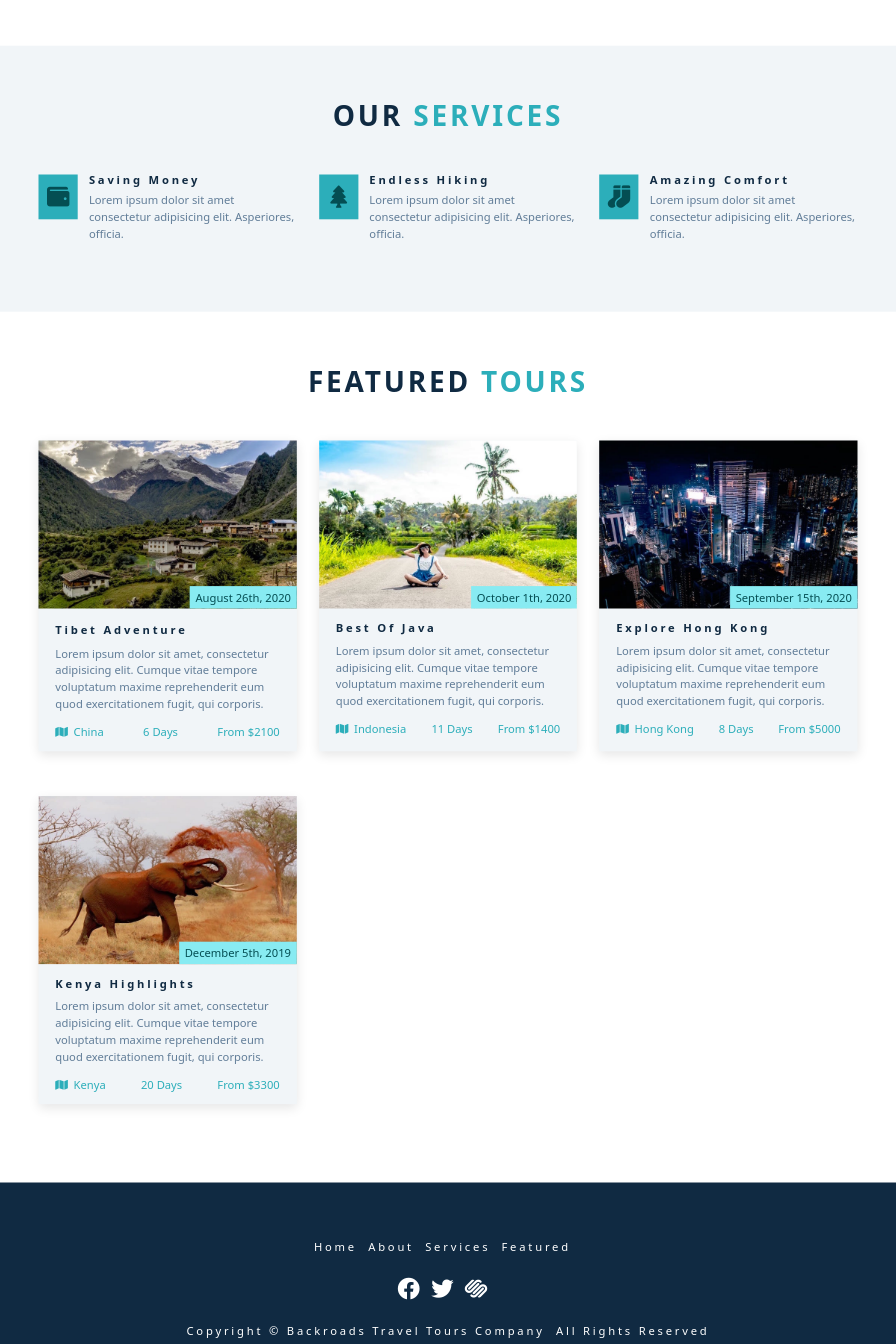
Repository: EdurdodaSilva/Ract_Basic
Page: /
An editor plug-in stored every save of this project. The page is shown before and after a run of saves, followed by the edit.
The browser window is 1280 px wide. The pictures show the part of the page from y = 1345 to 3265 px (the page is 3359 px tall before and 3507 px after), at 70% of full size.
Some web libraries are served in a nearby version. The project was rebuilt for these pictures with package versions that can differ from the ones it lists, and the page was loaded fresh each time.

Above is the page before, as saved 2024-08-29 18:19:38.

### public/index.html
<!DOCTYPE html>
<html lang="en">

<head>
  <meta charset="utf-8" />
  <link rel="icon" href="%PUBLIC_URL%/favicon.ico" />
  <meta name="viewport" content="width=device-width, initial-scale=1" />
  <meta name="theme-color" content="#000000" />
  <meta name="description" content="Web site created using create-react-app" />
  <link rel="apple-touch-icon" href="%PUBLIC_URL%/favicon.ico" />
  <!--
      manifest.json provides metadata used when your web app is installed on a
      user's mobile device or desktop. See https://developers.google.com/web/fundamentals/web-app-manifest/
    -->
  <link rel="manifest" href="%PUBLIC_URL%/manifest.json" />
  <!--
      Notice the use of %PUBLIC_URL% in the tags above.
      It will be replaced with the URL of the `public` folder during the build.
      Only files inside the `public` folder can be referenced from the HTML.

      Unlike "/favicon.ico" or "favicon.ico", "%PUBLIC_URL%/favicon.ico" will
      work correctly both with client-side routing and a non-root public URL.
      Learn how to configure a non-root public URL by running `npm run build`.
    -->
  <!-- font-awesome -->
  <link rel="stylesheet" href="https://cdnjs.cloudflare.com/ajax/libs/font-awesome/5.12.0/css/all.min.css"
    integrity="sha512-c93ifPoTvMdEJH/rKIcBx//AL1znq9+4/RmMGafI/vnTFe/dKwnn1uoeszE2zJBQTS1Ck5CqSBE+34ng2PthJg=="
    crossorigin="anonymous" referrerpolicy="no-referrer" />
  <title>BackRoads App</title>
</head>

<body>
  <noscript>You need to enable JavaScript to run this app.</noscript>
  <div id="root"></div>
  <!--
      This HTML file is a template.
      If you open it directly in the browser, you will see an empty page.

      You can add webfonts, meta tags, or analytics to this file.
      The build step will place the bundled scripts into the <body> tag.

      To begin the development, run `npm start` or `yarn start`.
      To create a production bundle, use `npm run build` or `yarn build`.
    -->
</body>

</html>

### src/index.css
/*
===============
Variables
===============
*/

:root {
    /* dark shades of primary color*/
    --clr-primary-1: hsl(184, 91%, 17%);
    --clr-primary-2: hsl(185, 84%, 25%);
    --clr-primary-3: hsl(185, 81%, 29%);
    --clr-primary-4: hsl(184, 77%, 34%);
    /* primary/main color */
    --clr-primary-5: hsl(185, 62%, 45%);
    /* lighter shades of primary color */
    --clr-primary-6: hsl(185, 57%, 50%);
    --clr-primary-7: hsl(184, 65%, 59%);
    --clr-primary-8: hsl(184, 80%, 74%);
    --clr-primary-9: hsl(185, 94%, 87%);
    --clr-primary-10: hsl(186, 100%, 94%);
    /* darkest grey - used for headings */
    --clr-grey-1: hsl(209, 61%, 16%);
    --clr-grey-2: hsl(211, 39%, 23%);
    --clr-grey-3: hsl(209, 34%, 30%);
    --clr-grey-4: hsl(209, 28%, 39%);
    /* grey used for paragraphs */
    --clr-grey-5: hsl(210, 22%, 49%);
    --clr-grey-6: hsl(209, 23%, 60%);
    --clr-grey-7: hsl(211, 27%, 70%);
    --clr-grey-8: hsl(210, 31%, 80%);
    --clr-grey-9: hsl(212, 33%, 89%);
    --clr-grey-10: hsl(210, 36%, 96%);
    --clr-white: #fff;
    --ff-primary: "Lato", sans-serif;
    --transition: all 0.3s linear;
    --spacing: 0.25rem;
    --radius: 0.5rem;
    --light-shadow: 0 5px 15px rgba(0, 0, 0, 0.1);
    --dark-shadow: 0 5px 15px rgba(0, 0, 0, 0.2);
}
/*
===============
Global Styles
===============
*/

* {
    margin: 0;
    padding: 0;
    box-sizing: border-box;
}
html {
    scroll-behavior: smooth;
}
body {
    font-family: system-ui, -apple-system, BlinkMacSystemFont, "Segoe UI",
        Roboto, Oxygen, Ubuntu, Cantarell, "Open Sans", "Helvetica Neue",
        sans-serif;
    background: var(--clr-white);
    color: var(--clr-grey-1);
    line-height: 1.5;
    font-size: 0.875rem;
}
ul {
    list-style-type: none;
}
a {
    text-decoration: none;
}
img:not(.nav-logo) {
    width: 100%;
    display: block;
}

h1,
h2,
h3,
h4 {
    letter-spacing: var(--spacing);
    text-transform: capitalize;
    line-height: 1.25;
    margin-bottom: 0.75rem;
}
h1 {
    font-size: 3rem;
}
h2 {
    font-size: 2rem;
}
h3 {
    font-size: 1.25rem;
}
h4 {
    font-size: 0.875rem;
}
p {
    margin-bottom: 1.25rem;
    color: var(--clr-grey-5);
}
@media screen and (min-width: 800px) {
    h1 {
        font-size: 4rem;
    }
    h2 {
        font-size: 2.5rem;
    }
    h3 {
        font-size: 1.75rem;
    }
    h4 {
        font-size: 1rem;
    }
    body {
        font-size: 1rem;
    }
    h1,
    h2,
    h3,
    h4 {
        line-height: 1;
    }
}
/*  global classes */

.btn {
    text-transform: uppercase;
    background: var(--clr-primary-5);
    color: var(--clr-white);
    padding: 0.375rem 0.75rem;
    letter-spacing: var(--spacing);
    display: inline-block;
    /* font-weight: 700; */
    transition: var(--transition);
    font-size: 0.875rem;
    border: 2px solid transparent;
    cursor: pointer;
    box-shadow: 0 1px 3px rgba(0, 0, 0, 0.2);
}
.btn:hover {
    color: var(--clr-primary-1);
    background: var(--clr-primary-8);
}
/* section */
.section {
    padding: 5rem 0;
    scroll-margin-top: 4rem;
}
.section-title {
    text-align: center;
    margin-bottom: 4rem;
}
.section-title h2 {
    text-transform: uppercase;
}
.section-title span {
    color: var(--clr-primary-5);
}
.section-center {
    width: 90vw;
    margin: 0 auto;
    max-width: 1170px;
}
@media screen and (min-width: 992px) {
    .section-center {
        width: 95vw;
    }
}

/*
===============
Hero
===============
*/

.hero {
    min-height: 100vh;
    background: var(--clr-primary-5);
    display: flex;
    justify-content: center;
    align-items: center;
}
.hero-banner {
    text-align: center;
    color: var(--clr-white);
    padding: 0 3rem;
}
.hero-banner h1 {
    text-transform: uppercase;
}
.hero-banner p {
    max-width: 35rem;
    margin-left: auto;
    margin-right: auto;
    color: var(--clr-white);
    letter-spacing: var(--spacing);
}
.hero-btn {
    padding: 0.9rem 1.6rem;
    font-size: 1.25rem;
    background: var(--clr-white);
    color: var(--clr-primary-5);
}
.hero-btn:hover {
    background: transparent;
    color: var(--clr-white);
    border-color: var(--clr-white);
}
@media screen and (min-width: 768px) {
    .hero {
        background: linear-gradient(rgba(44, 174, 186, 0.7), rgba(0, 0, 0, 0.7)),
            url("./images/main.jpeg") center/cover no-repeat;
    }
    .hero-banner {
        padding: 0;
    }
    .hero-banner p {
        max-width: 45rem;
    }
}
/*
===============
About
===============
*/
/* section added to globals */
/* title added to globals */
/* section center added to globals */
.about-img,
.about-info {
    margin-bottom: 2rem;
}

@media screen and (min-width: 992px) {
    .about-center {
        display: grid;
        grid-template-columns: 1fr 1fr;
        column-gap: 2rem;
    }
    .about-img,
    .about-info {
        margin-bottom: 0;
    }
}
@media screen and (min-width: 1170px) {
    .about-img::before {
        content: "";
        position: absolute;
        width: 100%;
        height: 100%;
        border: 0.5rem solid var(--clr-primary-5);
        box-sizing: border-box;
        top: -1.5rem;
        left: -1.5rem;
    }

    .about-img {
        position: relative;
    }
    .about-photo {
        position: relative;
    }
}
/*
===============
Services
===============
*/
.services {
    background: var(--clr-grey-10);
}
.service {
    text-align: center;
    margin-bottom: 3rem;
}
.service-icon {
    background: var(--clr-primary-5);
    color: var(--clr-primary-1);
    padding: 0.5rem;
    display: inline-block;
    font-size: 2rem;
    margin-bottom: 1.5rem;
}
.service-text {
    max-width: 20rem;
    margin-left: auto;
    margin-right: auto;
}

@media screen and (min-width: 576px) {
    .services-center {
        display: grid;
        grid-template-columns: 1fr 1fr;
        gap: 2rem;
    }
    .service {
        margin-bottom: 0rem;
    }
}
@media screen and (min-width: 992px) {
    .services-center {
        grid-template-columns: 1fr 1fr 1fr;
    }
}
@media screen and (min-width: 1170px) {
    .service {
        display: flex;
        text-align: left;
    }
    .service-icon {
        align-self: start;
    }
    .service-info {
        padding-left: 1rem;
    }
    .service-title {
        margin-bottom: 0.5rem;
    }
}

/*
===============
Featured Tours
===============
*/

.tour-card {
    transition: var(--transition);
    background: var(--clr-grey-10);
    box-shadow: 0 5px 15px rgba(0, 0, 0, 0.1);
    margin-bottom: 2rem;
}
.tour-card:hover {
    box-shadow: 0 5px 15px rgba(0, 0, 0, 0.2);
    transform: scale(1.02);
}
.tour-img-container {
    position: relative;
}
.tour-img {
    height: 15rem;
    object-fit: cover;
}
.tour-date {
    position: absolute;
    right: 0;
    bottom: 0;
    background: var(--clr-primary-8);
    color: var(--clr-primary-1);
    text-transform: capitalize;
    padding: 0.25rem 0.5rem;
    margin-bottom: 0;
}
.tour-info {
    padding: 1.25rem 1.5rem;
}
/* additional css for different layout*/
.tour-title {
    display: flex;
    justify-content: space-between;
    flex-wrap: wrap;
}
.tour-title p,
.tour-title h4 {
    margin-bottom: 0.75rem;
    line-height: 1.25;
}
.tour-title p {
    color: var(--clr-grey-7);
}
/* end of additional css for different layout*/
.tour-footer {
    display: flex;
    justify-content: space-between;
    flex-wrap: wrap;
    align-items: center;
}
.tour-footer p {
    line-height: 0;
    margin-bottom: 0;
    text-transform: capitalize;
    color: var(--clr-primary-5);
}
.tour-footer p span {
    margin-right: 0.25rem;
}
.tour-btn {
    text-align: center;
}
@media screen and (min-width: 768px) {
    .featured-center {
        display: grid;
        grid-template-columns: 1fr 1fr;
        gap: 2rem;
    }
}
@media screen and (min-width: 1170px) {
    .featured-center {
        grid-template-columns: 1fr 1fr 1fr;
    }
}

/*
===============
Footer
===============
*/
.footer {
    background: var(--clr-grey-1);
    text-align: center;
    padding-left: 2rem;
    padding-right: 2rem;
}
.footer-links,
.footer-icons {
    display: flex;
    justify-content: center;
    margin-bottom: 1.5rem;
    flex-wrap: wrap;
}
.footer-link {
    color: var(--clr-white);
    text-transform: capitalize;
    font-size: 1rem;
    margin-right: 1rem;
    letter-spacing: var(--spacing);
    transition: var(--transition);
}
.footer-link:hover {
    color: var(--clr-primary-5);
}
.footer-icon {
    font-size: 2rem;
    margin-right: 1rem;
    color: var(--clr-white);
    transition: var(--transition);
}
.footer-icon:hover {
    color: var(--clr-primary-5);
}
.copyright {
    text-transform: capitalize;
    letter-spacing: var(--spacing);
    color: var(--clr-white);
}
.copyright span {
    margin-left: 0.5rem;
}
/*
===============
Navbar
===============
*/
/* add :not(.nav-logo) to img */

.navbar {
    position: fixed;
    top: 0;
    left: 0;
    width: 100%;
    background: var(--clr-white);
    box-shadow: var(--dark-shadow);
    z-index: 2;
    height: 4rem;
    display: flex;
    align-items: center;
}
.nav-icons {
    display: none;
}
.nav-center {
    width: 90vw;
    max-width: 1170px;
    margin: 0 auto;
}
.nav-header {
    display: flex;
    justify-content: space-between;
    align-items: center;
}
.nav-toggle {
    background: transparent;
    border: none;
    outline: none;
    font-size: 1.5rem;
    color: var(--clr-primary-5);
    cursor: pointer;
    transition: var(--transition);
}
.nav-toggle:hover {
    transform: scale(1.2);
}
.nav-link {
    display: block;
    padding: 1rem 2rem;
    text-transform: capitalize;
    letter-spacing: var(--spacing);
    transition: var(--transition);
    color: var(--clr-grey-1);
    cursor: pointer;
    font-size: 1rem;
}
.nav-link:hover {
    color: var(--clr-primary-1);
    background: var(--clr-primary-8);
    padding-left: 2.25rem;
}
/* nav toggle functionality */
.nav-links {
    height: 0;
    overflow: hidden;
    transition: var(--transition);
}
.show-links {
    height: 280px;
}
/* nav at bigger screen size */
@media screen and (min-width: 992px) {
    /* hide nav toggle button */
    .nav-toggle {
        display: none;
    }
    /* show links */
    .nav-links {
        height: auto;
        display: flex;
    }
    .nav-center {
        display: flex;
        justify-content: space-between;
        align-items: center;
        /* optional */
        flex-wrap: wrap;
    }
    .nav-header {
        padding: 0 0;
    }
    .nav-link {
        padding: 0 0;
    }
    .nav-link:hover {
        padding: 0;
        color: var(--clr-primary-5);
        background: transparent;
    }
    .nav-icons {
        display: flex;
    }

    .nav-link {
        margin-right: 0.7rem;
    }
    .nav-icon {
        margin-right: 0.7rem;
        color: var(--clr-primary-5);
        font-size: 1.2rem;
        transition: var(--transition);
    }
    .nav-icon:hover {
        color: var(--clr-primary-8);
    }
}

### src/App.js
import About from "./components/About";
import Featured from "./components/Featured";
import Footer from "./components/Footer";
import Hero from "./components/Hero";
import Navbar from "./components/Navbar";
import Services from "./components/Services";

function App() {
    return (
        <>
            <Navbar />
            <Hero />
            <About />
            <Services />
            <Featured />
            <Footer />
        </>
    );
}

export default App;

### src/components/About.js
import React from "react";
import about from "../images/about.jpeg";
import { Title } from "./Title";

const About = () => {
    return (
        <section className="section" id="about">
            <Title title="about" subTitle="us" />

            <div className="section-center about-center">
                <div className="about-img">
                    <img
                        src={about}
                        className="about-photo"
                        alt="awesome beach"
                    />
                </div>
                <article className="about-info">
                    <h3>explore the difference</h3>
                    <p>
                        Lorem ipsum, dolor sit amet consectetur adipisicing
                        elit. Aspernatur quisquam harum nam cumque temporibus
                        explicabo dolorum sapiente odio unde dolor?
                    </p>
                    <p>
                        Lorem ipsum, dolor sit amet consectetur adipisicing
                        elit. Aspernatur quisquam harum nam cumque temporibus
                        explicabo dolorum sapiente odio unde dolor?
                    </p>
                    <a href="#" className="btn">
                        read more
                    </a>
                </article>
            </div>
        </section>
    );
};

export default About;

### src/components/Hero.js
import React from "react";

const Hero = () => {
    return (
        <section className="hero" id="home">
            <div className="hero-banner">
                <h1>continue exploring</h1>
                <p>
                    Lorem ipsum dolor sit amet consectetur adipisicing elit.
                    Vitae explicabo debitis est autem dicta.
                </p>
                <a href="#tours" className="btn hero-btn">
                    explore tours
                </a>
            </div>
        </section>
    );
};

export default Hero;

### src/components/Services.js
import React from "react";
import { Title } from "./Title";

const Services = () => {
    return (
        <section className="section services" id="services">
            <Title title="our" subTitle="services" />

            <div className="section-center services-center">
                <article className="service">
                    <span className="service-icon">
                        <i className="fas fa-wallet fa-fw"></i>
                    </span>
                    <div className="service-info">
                        <h4 className="service-title">saving money</h4>
                        <p className="service-text">
                            Lorem ipsum dolor sit amet consectetur adipisicing
                            elit. Asperiores, officia.
                        </p>
                    </div>
                </article>

                <article className="service">
                    <span className="service-icon">
                        <i className="fas fa-tree fa-fw"></i>
                    </span>
                    <div className="service-info">
                        <h4 className="service-title">endless hiking</h4>
                        <p className="service-text">
                            Lorem ipsum dolor sit amet consectetur adipisicing
                            elit. Asperiores, officia.
                        </p>
                    </div>
                </article>

                <article className="service">
                    <span className="service-icon">
                        <i className="fas fa-socks fa-fw"></i>
                    </span>
                    <div className="service-info">
                        <h4 className="service-title">amazing comfort</h4>
                        <p className="service-text">
                            Lorem ipsum dolor sit amet consectetur adipisicing
                            elit. Asperiores, officia.
                        </p>
                    </div>
                </article>
            </div>
        </section>
    );
};

export default Services;

### src/components/Title.js
export const Title = ({ title, subTitle }) => {
    return (
        <div className="section-title">
            <h2>
                {title} <span>{subTitle}</span>
            </h2>
        </div>
    );
};

### src/data.js
export const pageLinks = [
    { id: 1, href: "#home", text: "home" },
    { id: 2, href: "#about", text: "about" },
    { id: 3, href: "#services", text: "services" },
    { id: 4, href: "#tours", text: "tours" },
];

export const socialLinks = [
    {
        id: 1,
        href: "https://www.twitter.com",
        icon: "fab fa-facebook",
    },
    {
        id: 2,
        href: "https://www.twitter.com",
        icon: "fab fa-twitter",
    },
    {
        id: 3,
        href: "https://www.twitter.com",
        icon: "fab fa-squarespace",
    },
];

export const services = [
    {
        id: 1,
        icon: "fas fa-wallet fa-fw",
        title: "saving money",
        test: "Lorem ipsum dolor sit amet consectetur adipisicingelit. Asperiores, officia.",
    },
    {
        id: 2,
        icon: "fas fa-tree fa-fw",
        title: "endless hiking",
        test: "Lorem ipsum dolor sit amet consectetur adipisicingelit. Asperiores, officia.",
    },
    {
        id: 3,
        icon: "fas fa-socks fa-fw",
        title: "amazing comfort",
        test: "Lorem ipsum dolor sit amet consectetur adipisicingelit. Asperiores, officia.",
    },
];

Loaded but not shown: src/index.js (common file); src/components/Featured.js (124 lines, source omitted); src/components/Footer.js (74 lines, source omitted); src/components/Navbar.js (57 lines, source omitted)

After the next 4 saves:
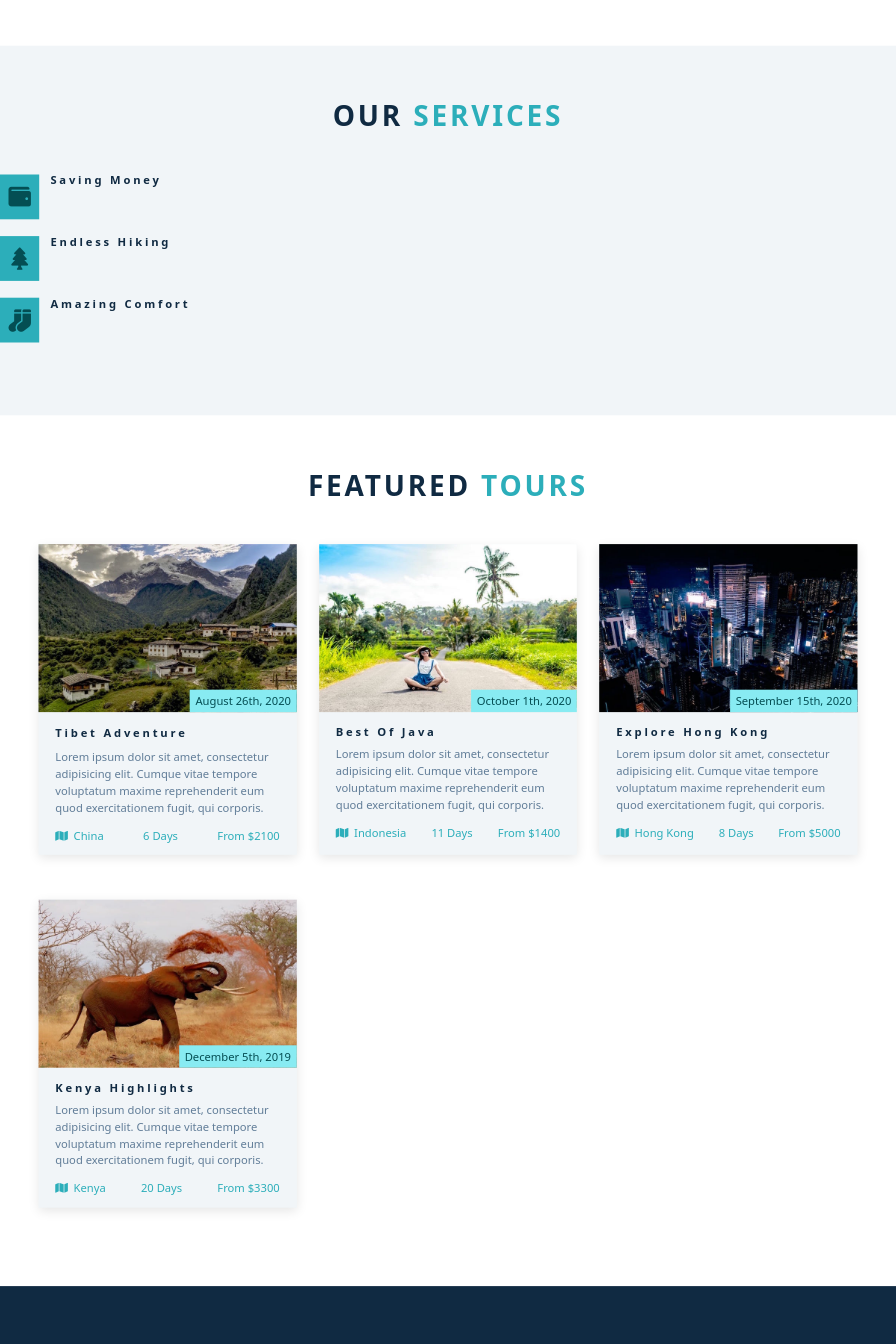
The 4 saves are shown as one change because 3 did not build or start.
The last was saved 18 min 29 s later.
--- a/src/components/Services.js
+++ b/src/components/Services.js
@@ -1,51 +1,25 @@
 import React from "react";
 import { Title } from "./Title";
+import { services } from "../data";
 
 const Services = () => {
     return (
         <section className="section services" id="services">
             <Title title="our" subTitle="services" />
-
-            <div className="section-center services-center">
-                <article className="service">
-                    <span className="service-icon">
-                        <i className="fas fa-wallet fa-fw"></i>
-                    </span>
-                    <div className="service-info">
-                        <h4 className="service-title">saving money</h4>
-                        <p className="service-text">
-                            Lorem ipsum dolor sit amet consectetur adipisicing
-                            elit. Asperiores, officia.
-                        </p>
-                    </div>
-                </article>
-
-                <article className="service">
-                    <span className="service-icon">
-                        <i className="fas fa-tree fa-fw"></i>
-                    </span>
-                    <div className="service-info">
-                        <h4 className="service-title">endless hiking</h4>
-                        <p className="service-text">
-                            Lorem ipsum dolor sit amet consectetur adipisicing
-                            elit. Asperiores, officia.
-                        </p>
-                    </div>
-                </article>
-
-                <article className="service">
-                    <span className="service-icon">
-                        <i className="fas fa-socks fa-fw"></i>
-                    </span>
-                    <div className="service-info">
-                        <h4 className="service-title">amazing comfort</h4>
-                        <p className="service-text">
-                            Lorem ipsum dolor sit amet consectetur adipisicing
-                            elit. Asperiores, officia.
-                        </p>
-                    </div>
-                </article>
-            </div>
+            {services.map((service) => {
+                const { id, icon, title, text } = service;
+                return (
+                    <article className="service" key={id}>
+                        <span className="service-icon">
+                            <i className={icon}></i>
+                        </span>
+                        <div className="service-info">
+                            <h4 className="service-title">{title}</h4>
+                            <p className="service-text">{text}</p>
+                        </div>
+                    </article>
+                );
+            })}
         </section>
     );
 };
